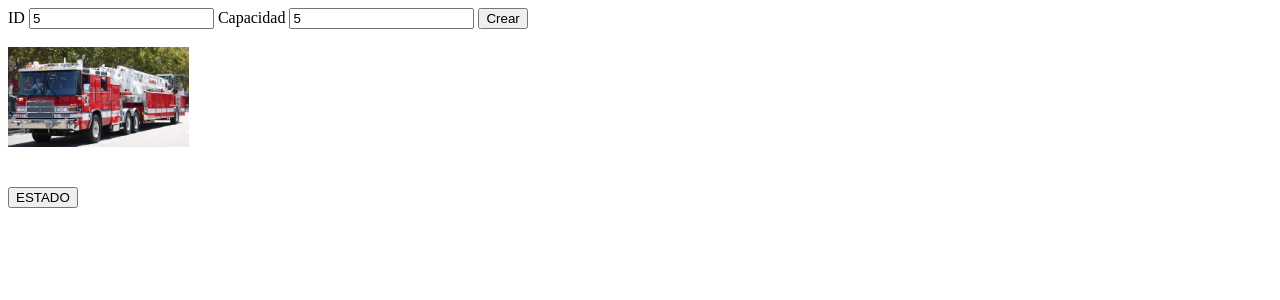
Repository: Robin-Rivadeneira/prueva_pablo
Page: index.html
The author's editor kept a copy of each file at every save. The page is drawn from the files as they stood at one save, then again after the next save.
The browser window is 1280 px wide. The pictures show the whole page.
Empty fields were first filled with sample values (such as "Sample", 5 or name@example.com).
After loading, the first visible `button` was clicked once.

Above is the page before, as saved 2020-01-16 20:18:24.

After the next save:
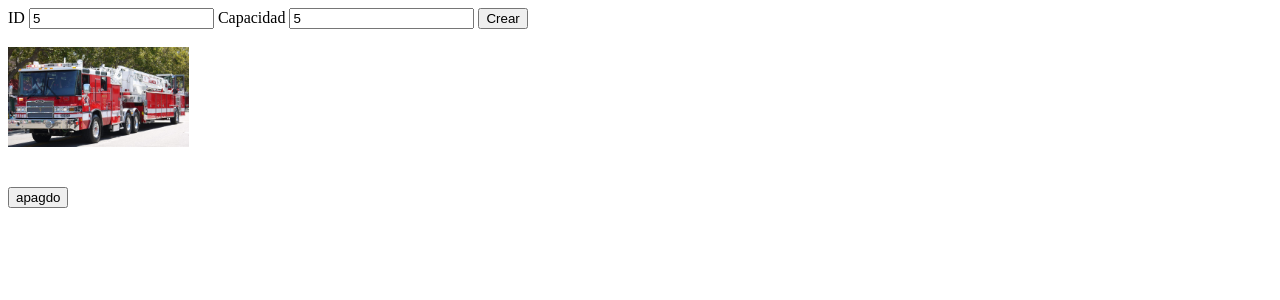
Saved 20 s later.
--- a/js/Motobomba.js
+++ b/js/Motobomba.js
@@ -41,7 +41,7 @@ class Motobomba {
         document.getElementById('img').innerHTML='<img src="img/camion.jpg" windth="130px" height="100px">'
         document.getElementById('pintar').innerHTML='<button type="button" id="boton" onclick="moto.toString()">ESTADO</button>'
         if(this.estado == false){
-        document.getElementById("boton").value="apagdo"
+        document.getElementById("boton").innerHTML="apagdo"
         }
         else{
             document.getElementById("boton").value="prendido"
